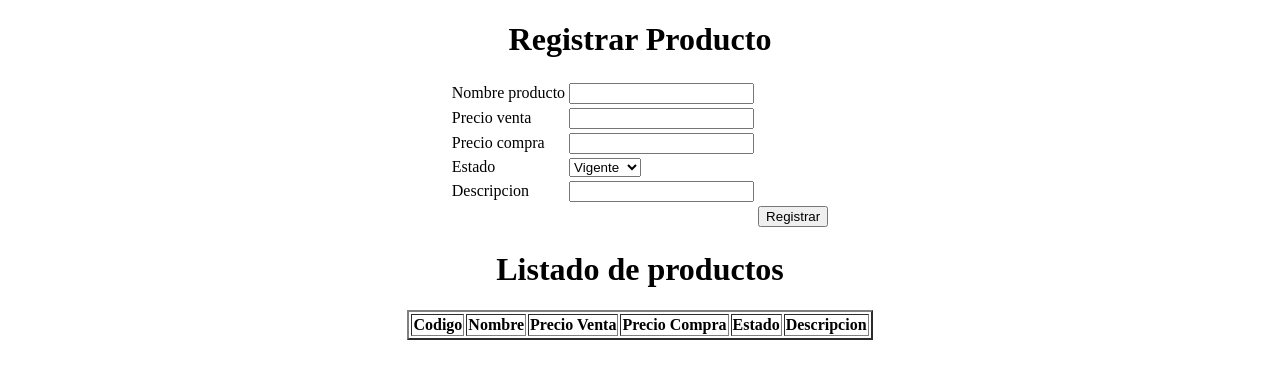
Repository: NayshaOCruz98/CL2ORTIZ
Page: http://localhost/LPII_CL2_ORTIZCRUZNAYSHA/ControladorServletprod
The author's editor kept a copy of each file at every save. The page is drawn from the files as they stood at one save, then again after the next save.
The browser window is 1280 px wide. The pictures show the whole page.
The page is served by Tomcat 9.

Above is the page before, as saved 2023-10-24 21:46:27.

After the next save:
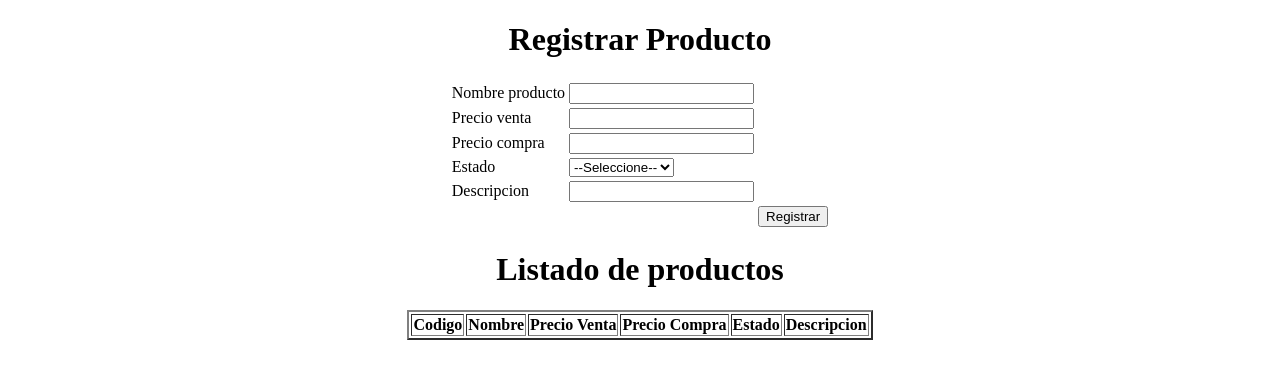
Saved 6 min 34 s later.
--- a/LPII_CL2_ORTIZCRUZNAYSHA/src/main/webapp/RegistrarProducto.jsp
+++ b/LPII_CL2_ORTIZCRUZNAYSHA/src/main/webapp/RegistrarProducto.jsp
@@ -29,6 +29,7 @@
 <td>Estado</td>
 <td>
 <select name="estado">
+	<option>--Seleccione--</option>
 	<option>Vigente</option>
 	<option>Agotado</option>
 </select>
